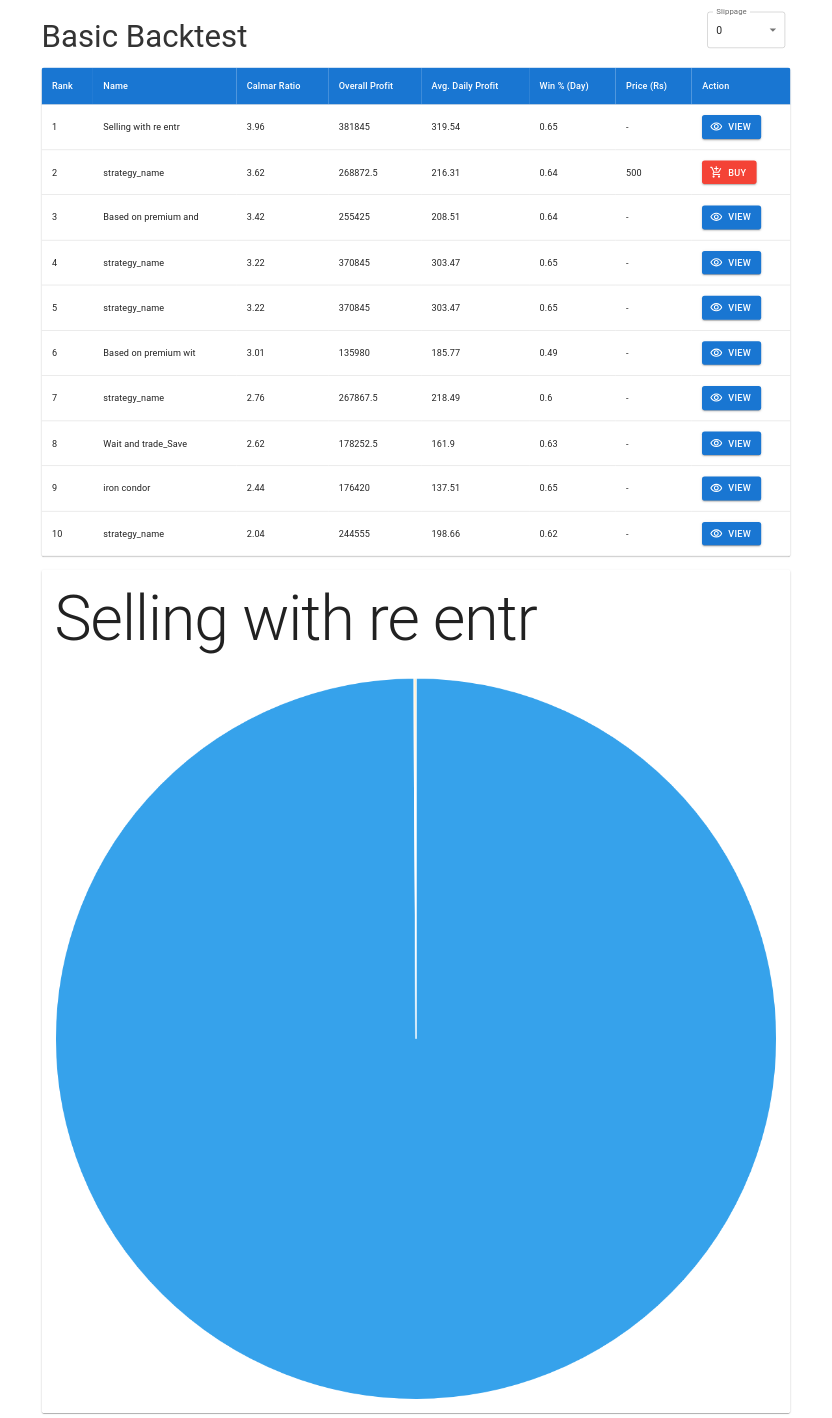
Repository: PraTEEkgUpTa2/Leaderboard
Page: /, after clicking the first element matching `tr.css-1kyp6vx-MuiTableRow-root`
These files come from the project's save history. The page is drawn as it stood at one moment and after the next save; the edit follows.
The browser window is 1280 px wide. The pictures show the whole page, at 65% of full size.
The project was rebuilt for these pictures with package versions that can differ from the ones it lists, and the page was loaded fresh each time. Also part of the build but not shown: src/App.css.

Above is the page before, as saved 2024-05-27 15:54:48.

After the next save:
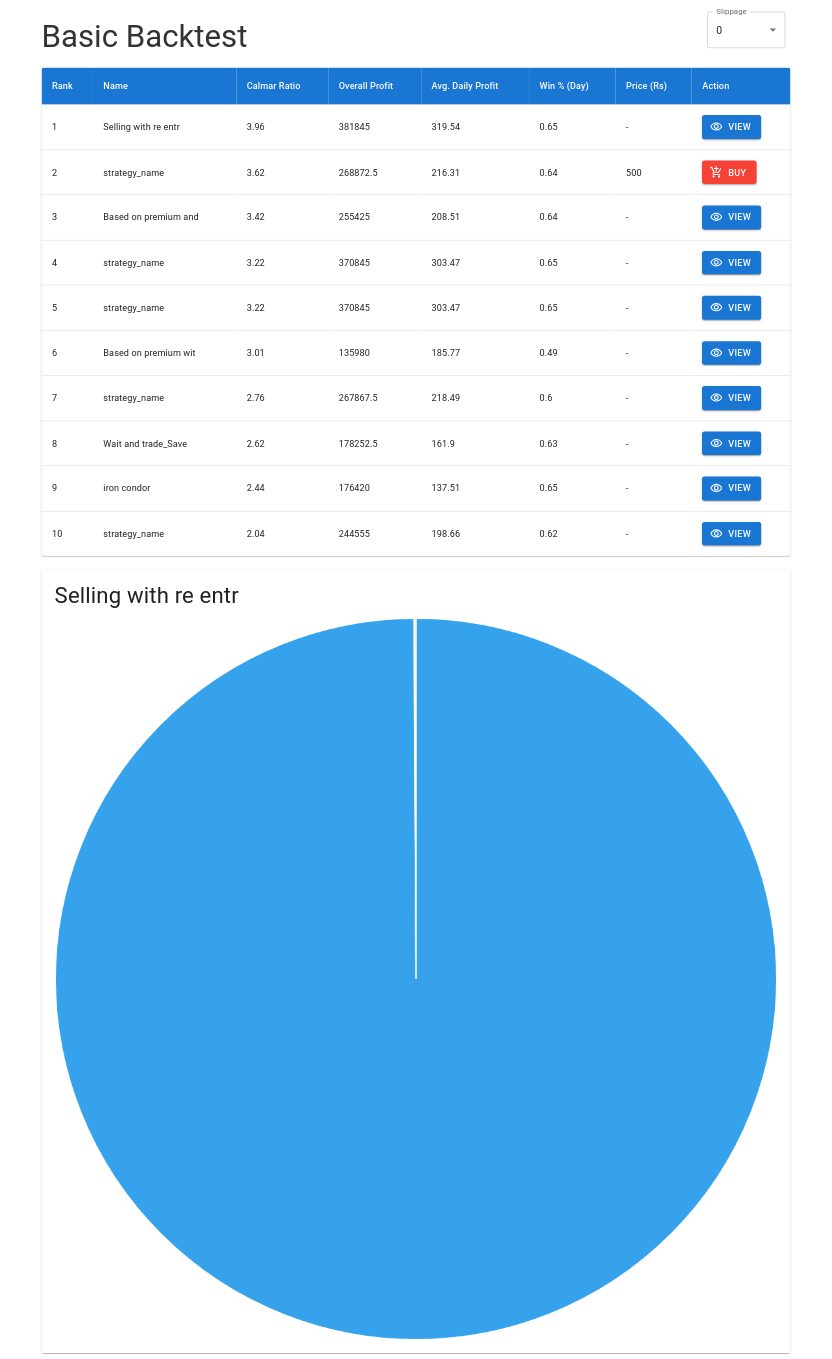
Saved 13 s later.
--- a/src/Leaderboard.js
+++ b/src/Leaderboard.js
@@ -141,7 +141,7 @@ const Leaderboard = () => {
       </TableContainer>
       {selectedRow && (
         <Card style={{ marginTop: '20px', padding: '20px' }}>
-          <Typography variant="h1" gutterBottom>
+          <Typography variant="h4" gutterBottom>
             {selectedRow.Name}
           </Typography>
           <Pie data={chartData} />
